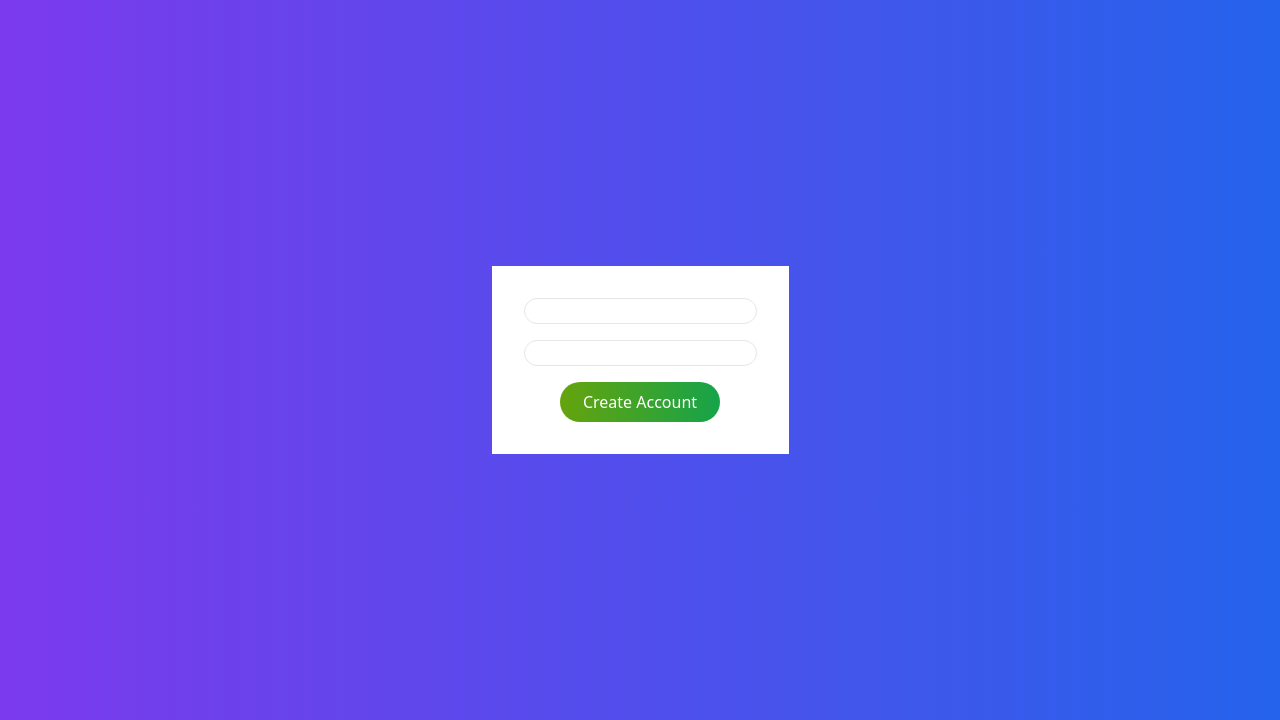
Repository: Velkan33/ReactTypescript
Page: /
The author's editor kept a copy of each file at every save. The page is drawn from the files as they stood at one save, then again after the next save.
The browser window is 1280 px wide. The pictures show the whole page.
The project was rebuilt for these pictures with package versions that can differ from the ones it lists, and the page was loaded fresh each time. Also part of the build but not shown: vite.config.ts.

Above is the page before, as saved 2023-04-05 05:51:09.

### index.html
<!DOCTYPE html>
<html lang="en">
 <head>
  <meta charset="UTF-8" />
  <link rel="icon" type="image/svg+xml" href="/vite.svg" />
  <link rel="stylesheet" href="/src/styles/output.css" />
  <link rel="preconnect" href="https://fonts.googleapis.com" />
  <link rel="preconnect" href="https://fonts.gstatic.com" crossorigin />
  <link
   href="https://fonts.googleapis.com/css2?family=Permanent+Marker&display=swap"
   rel="stylesheet"
  />
  <meta name="viewport" content="width=device-width, initial-scale=1.0" />
  <title>Vite + React + TS</title>
 </head>
 <body>
  <div id="root"></div>
  <script type="module" src="/src/main.tsx"></script>
 </body>
</html>

### src/main.tsx
import React from 'react';
import ReactDOM from 'react-dom/client';
import App from './App';

ReactDOM.createRoot(document.getElementById('root') as HTMLElement).render(
 <React.StrictMode>
  <App />
 </React.StrictMode>
);

### src/App.tsx
import React from 'react';

import UserFetchApp from './999_Diario_React/DummyJSONFetchUsers/UserFetchApp';
import LogginApp from './999_Diario_React/DummyJSONLoggin/LoginApp';

function App() {
 const SongFinderStyle =
  'h-full w-full bg-gradient-to-l from-blue-600 to-violet-600 text-white';
 return (
  <div className={SongFinderStyle}>
   {/* <CrudApi5A /> */}
   {/* <SongSearch /> */}
   {/* <UserFetchApp /> */}
   <LogginApp />
  </div>
 );
}

export default App;

### src/999_Diario_React/DummyJSONLoggin/LoginApp.tsx
import React from 'react';
import LoginCard from './LoginCard';

export default function LogginApp() {
 return (
  <div className="h-screen grid place-items-center">
   <LoginCard />
  </div>
 );
}

### src/999_Diario_React/DummyJSONLoggin/LoginCard.tsx
import React from 'react';

export default function LoginCard() {
 return (
  <div className="bg-white text-gray-800 p-8">
   <form className="grid gap-4">
    <input type="text" className="rounded-full border" />
    <input type="text" className="border rounded-full" />
    <input
     type="submit"
     value="Create Account"
     className="bg-gradient-to-r from-lime-600 to-green-600 text-white w-[10rem] h-10 mx-auto rounded-full "
    />
   </form>
  </div>
 );
}

Loaded but not shown: src/styles/output.css (1915 lines, source omitted)

After the next save:
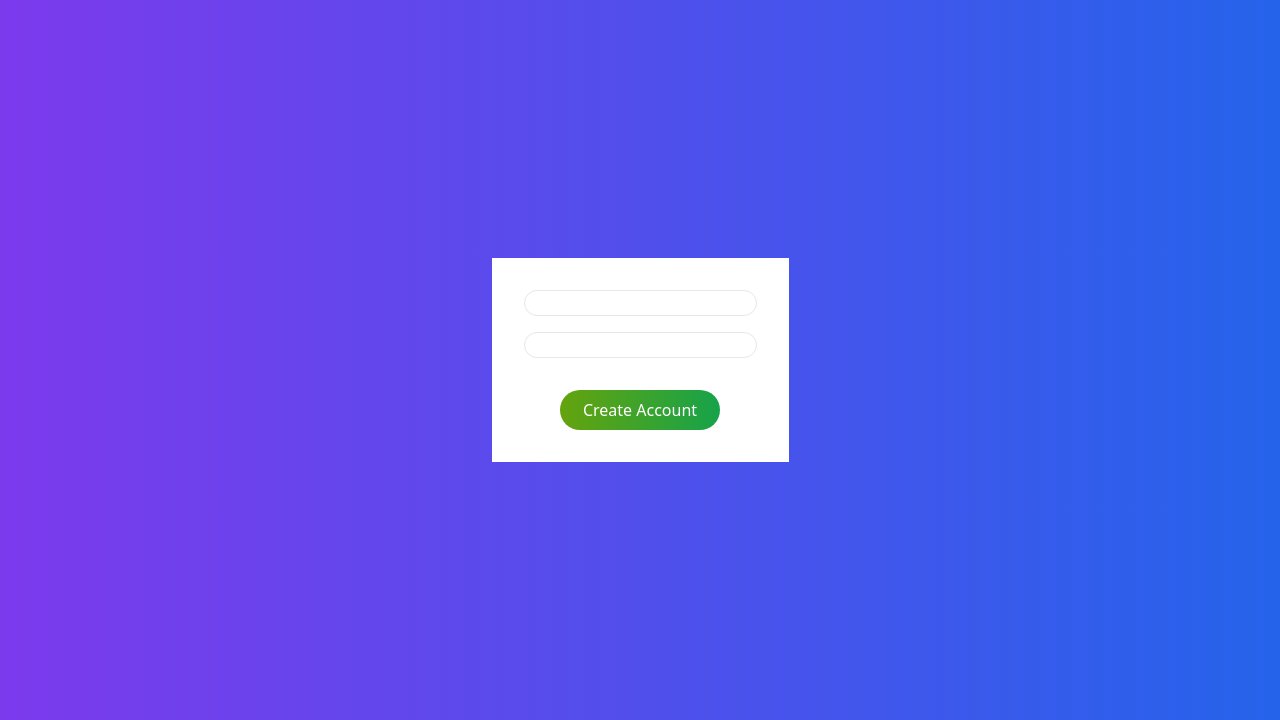
Saved 17 s later.
--- a/src/999_Diario_React/DummyJSONLoggin/LoginCard.tsx
+++ b/src/999_Diario_React/DummyJSONLoggin/LoginCard.tsx
@@ -9,7 +9,7 @@ export default function LoginCard() {
     <input
      type="submit"
      value="Create Account"
-     className="bg-gradient-to-r from-lime-600 to-green-600 text-white w-[10rem] h-10 mx-auto rounded-full "
+     className="bg-gradient-to-r from-lime-600 to-green-600 text-white w-[10rem] h-10 mx-auto mt-4 rounded-full "
     />
    </form>
   </div>
